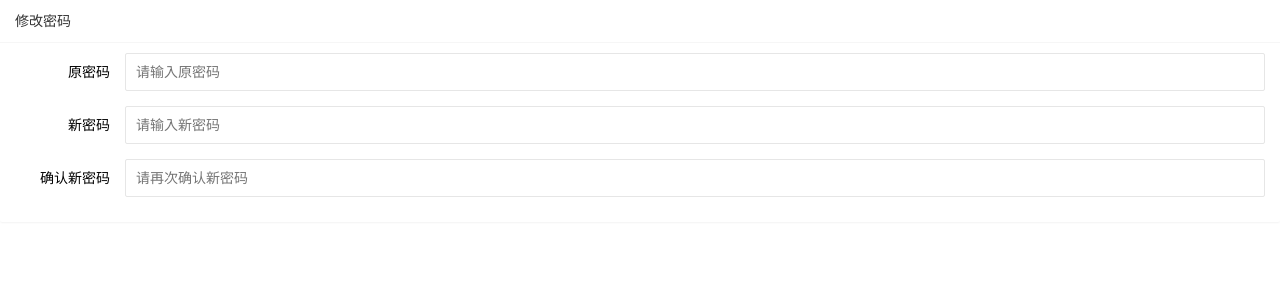
Repository: hjg520/web_bigevent
Page: user/user_pwd.html
The author's editor kept a copy of each file at every save. The page is drawn from the files as they stood at one save, then again after the next save.
The browser window is 1280 px wide. The pictures show the whole page.

Above is the page before, as saved 2022-05-10 21:54:43.

### user/user_pwd.html
<!DOCTYPE html>
<html lang="en">
<head>
    <meta charset="UTF-8">
    <meta http-equiv="X-UA-Compatible" content="IE=edge">
    <meta name="viewport" content="width=device-width, initial-scale=1.0">
    <title>Document</title>
    <!-- 导入 layui css -->
    <link rel="stylesheet" href="/assets/lib/layui/css/layui.css">
    <!-- 导入用户密码css -->
    <line rel="stylesheet" href="/assets/css/user/user_pwd.css"></line>
</head>
<body>
    <!-- 卡片区域 -->

    <div class="layui-card">
        <div class="layui-card-header">修改密码</div>
        <div class="layui-card-body">
            <form class="layui-form" >
                <div class="layui-form-item">
                  <label class="layui-form-label">原密码</label>
                  <div class="layui-input-block">
                    <input type="password" name="oldpwd" required  lay-verify="required" placeholder="请输入原密码" autocomplete="off" class="layui-input">
                  </div>
                </div>
                <div class="layui-form-item">
                    <label class="layui-form-label">新密码</label>
                    <div class="layui-input-block">
                      <input type="password" name="newpwd" required  lay-verify="required" placeholder="请输入新密码" autocomplete="off" class="layui-input">
                    </div>
                  </div>
                <div class="layui-form-item">
                <label class="layui-form-label">确认新密码</label>
                <div class="layui-input-block">
                    <input type="password" name="rePwd" required  lay-verify="required" placeholder="请再次确认新密码" autocomplete="off" class="layui-input">
                   </div>
                    </div>
            </form>
        </div>
      </div>

</body>
</html>

Loaded but not shown: assets/lib/layui/css/layui.css (library)

After the next save:
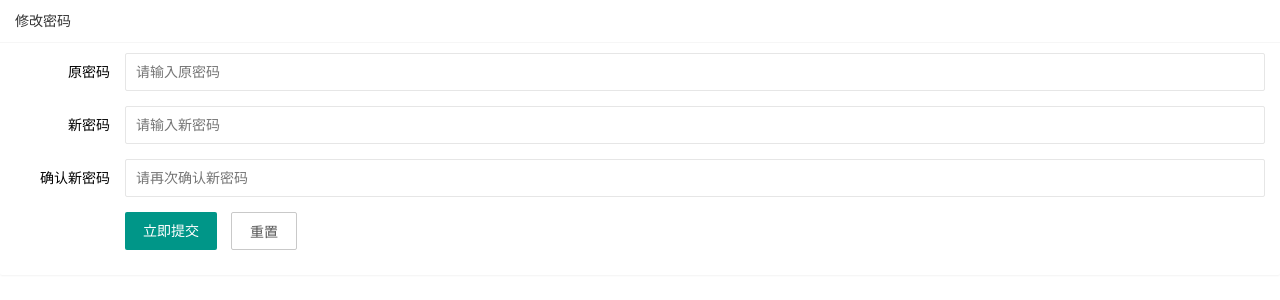
Saved 85 s later.
--- a/user/user_pwd.html
+++ b/user/user_pwd.html
@@ -35,6 +35,12 @@
                     <input type="password" name="rePwd" required  lay-verify="required" placeholder="请再次确认新密码" autocomplete="off" class="layui-input">
                    </div>
                     </div>
+                    <div class="layui-form-item">
+                        <div class="layui-input-block">
+                          <button class="layui-btn" lay-submit lay-filter="formDemo">立即提交</button>
+                          <button type="reset" class="layui-btn layui-btn-primary">重置</button>
+                        </div>
+                      </div>
             </form>
         </div>
       </div>
